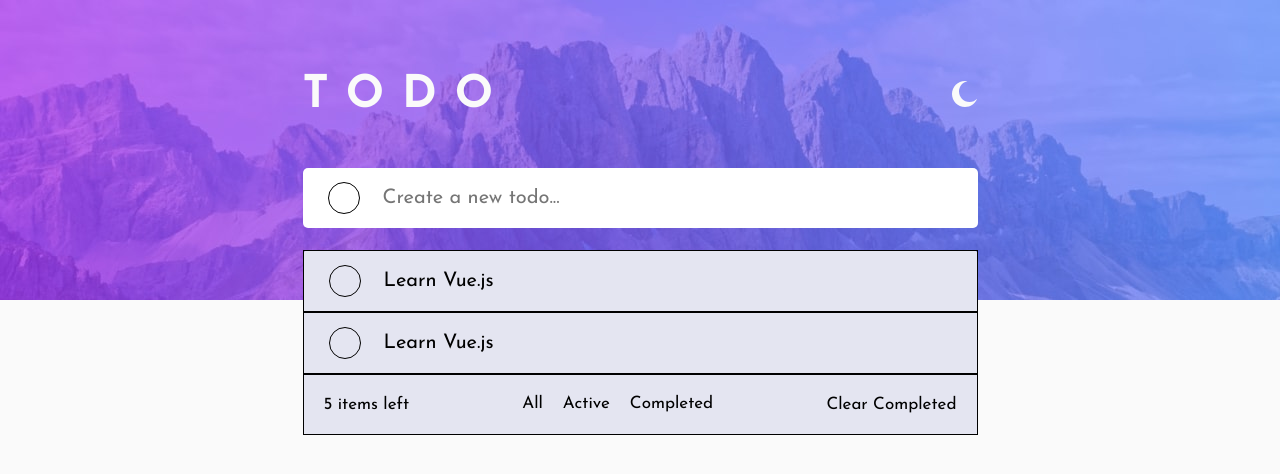
Repository: tomas938/todo-app
Page: /
An editor plug-in stored every save of this project. The page is shown before and after the next save, followed by the edit.
The browser window is 1280 px wide. The pictures show the whole page.
The project was rebuilt for these pictures with package versions that can differ from the ones it lists, and the page was loaded fresh each time.

Above is the page before, as saved 2021-08-18 11:55:51.

After the next save:
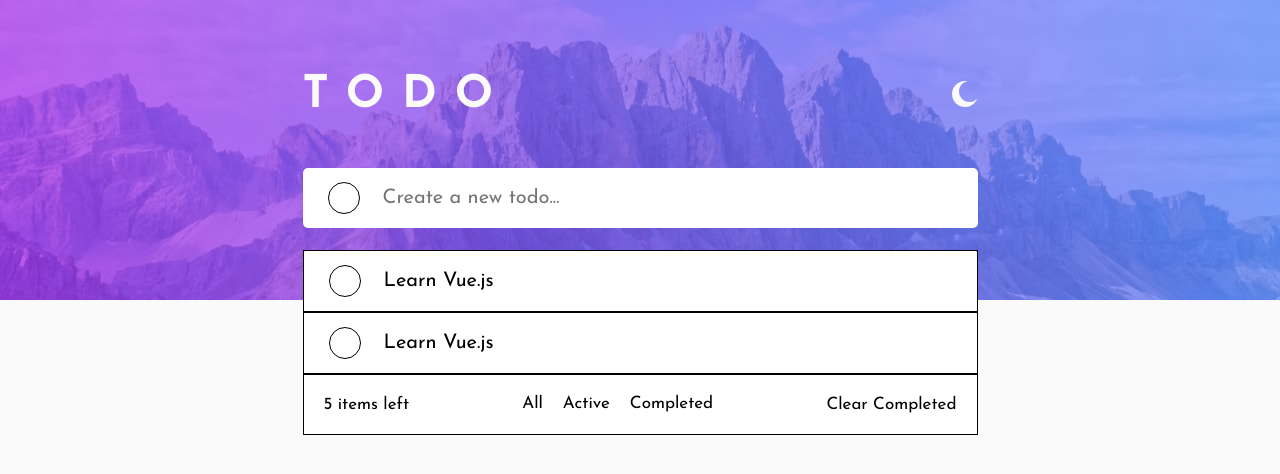
Saved 13 s later.
--- a/src/App.vue
+++ b/src/App.vue
@@ -5,7 +5,7 @@
 <style lang="scss">
 @import "/src/scss/_variables";
 :root {
-	--items-bg-color: hsl(236, 33%, 92%);
+	--items-bg-color: hsl(0, 0%, 100%);
 	--body-bg: hsl(0, 0%, 98%);
 }
 * {
